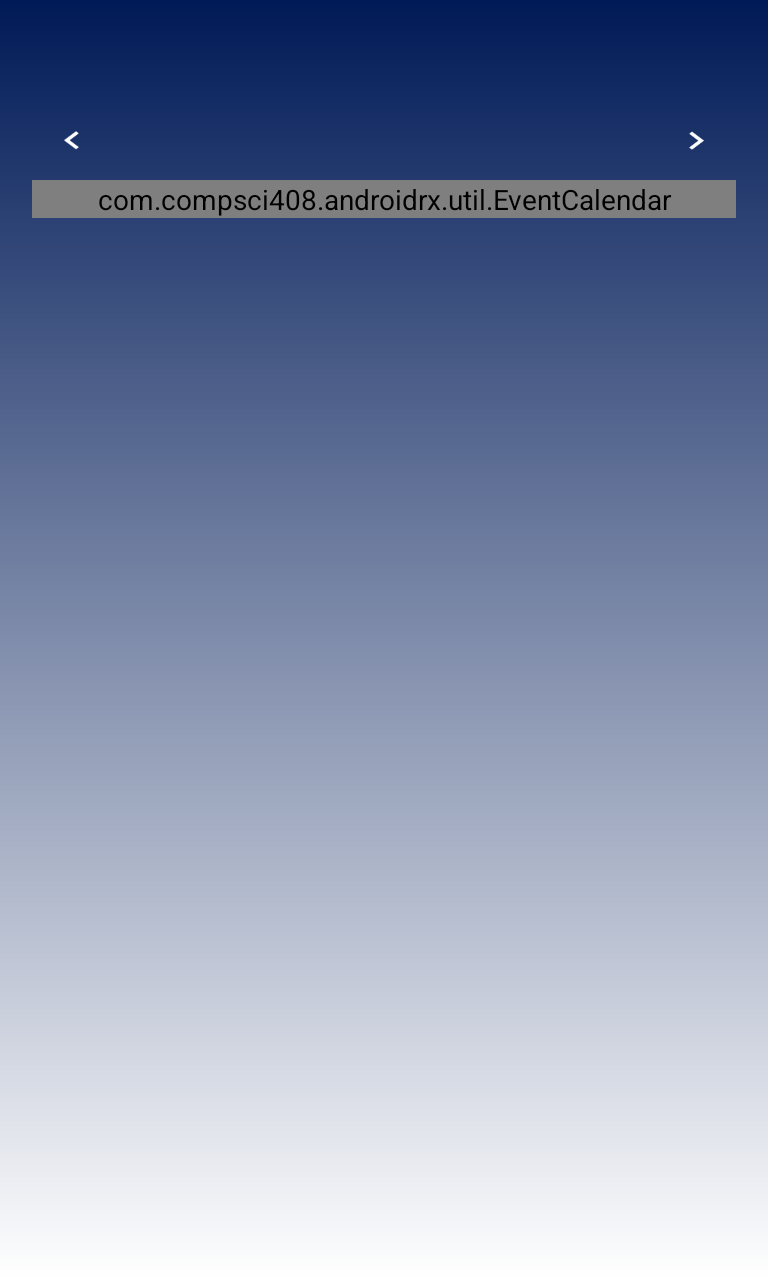
Repository: duke-compsci408-fall2014/GlassRx
Layout: AndroidRx/res/layout/activity_provider_medication.xml
The author's editor kept a copy of each file at every save. The layout is drawn from the files as they stood at one save, then again after the next save.
Pictures or frames that could not be fetched are drawn as grey boxes. It is drawn on a 768 x 1280 px phone screen (xhdpi) without system bars, with theme AppTheme; the app's code is not run. The app's manifest (not shown) leaves right-to-left support off. So textAlignment, textDirection and layoutDirection are ignored, and left and right values win over start and end ones.

Above is the layout before, as saved 2014-12-08 02:16:54.

### AndroidRx/res/layout/activity_provider_medication.xml
<RelativeLayout xmlns:android="http://schemas.android.com/apk/res/android"
    xmlns:tools="http://schemas.android.com/tools"
    android:layout_width="match_parent"
    android:layout_height="match_parent"
    android:paddingBottom="@dimen/activity_vertical_margin"
    android:paddingLeft="@dimen/activity_horizontal_margin"
    android:paddingRight="@dimen/activity_horizontal_margin"
    android:paddingTop="@dimen/activity_vertical_margin"
    tools:context="com.compsci408.androidrx.provider.ProviderMedicationActivity"
    android:orientation="vertical" >

    <TextView
        android:id="@+id/textview_med_name"
        android:layout_width="wrap_content"
        android:layout_height="wrap_content"
        android:layout_alignParentLeft="true"
        android:layout_alignParentStart="true"
        android:textColor="@color/white"
        android:textAppearance="?android:attr/textAppearanceLarge"
        android:layout_marginBottom="10dp" />

    <TextView
        android:id="@+id/textview_calendar_header"
        android:layout_width="wrap_content"
        android:layout_height="wrap_content"
        android:layout_centerHorizontal="true"
        android:layout_below="@+id/textview_med_name"
        android:textColor="@color/white"
        android:textAppearance="?android:attr/textAppearanceMedium"
        android:layout_marginBottom="10dp" />

    <RelativeLayout
        android:id="@+id/layout_previous_month"
        android:layout_width="40dip"
        android:layout_height="30dip"
        android:layout_alignParentLeft="true"
        android:layout_alignParentStart="true"
        android:layout_below="@+id/textview_med_name" >

        <ImageView
            android:layout_width="wrap_content"
            android:layout_height="wrap_content"
            android:layout_centerInParent="true"
            android:contentDescription="@null"
            android:background="@drawable/ic_arrow_left" />
    </RelativeLayout>

<!--     <TextView
        android:id="@+id/title"
        android:layout_width="wrap_content"
        android:layout_height="wrap_content"
        android:layout_centerHorizontal="true"
        android:layout_marginTop="5dip"
        android:textColor="@color/white"
        android:textSize="18sp"
        android:textStyle="bold" /> -->

    <RelativeLayout
        android:id="@+id/layout_next_month"
        android:layout_width="40dip"
        android:layout_height="30dip"
        android:layout_alignParentRight="true"
        android:layout_alignParentEnd="true"
        android:layout_below="@+id/textview_med_name" >

        <ImageView
            android:layout_width="wrap_content"
            android:layout_height="wrap_content"
            android:layout_centerInParent="true"
            android:contentDescription="@null"
            android:background="@drawable/ic_arrow_right" />
    </RelativeLayout>

    <com.compsci408.androidrx.util.EventCalendar
        android:id="@+id/gridview_calendar"
        android:layout_below="@+id/textview_calendar_header"
        android:layout_width="fill_parent"
        android:layout_height="wrap_content"
        android:layout_gravity="center_horizontal"
        android:listSelector="@android:color/transparent"
        android:numColumns="7"
        android:stretchMode="columnWidth" />

    <LinearLayout
        android:id="@+id/layout_day_events"
        android:layout_below="@+id/gridview_calendar"
        android:layout_width="match_parent"
        android:layout_marginLeft="5dp"
        android:layout_marginRight="5dp"
        android:layout_height="wrap_content"
        android:orientation="vertical">
    </LinearLayout>



</RelativeLayout>

### AndroidRx/res/drawable/gradient_background.xml
<?xml version="1.0" encoding="utf-8"?>
<shape xmlns:android="http://schemas.android.com/apk/res/android" >
    <gradient
            android:angle="90"
            android:endColor="@color/duke_blue"
            android:startColor="@color/white"
            android:type="linear" >
     </gradient>
</shape>

### AndroidRx/res/drawable/custom_listview.xml
<?xml version="1.0" encoding="utf-8"?>
<shape xmlns:android="http://schemas.android.com/apk/res/android" >

    <solid android:color="@color/light_gray"/>
    <stroke android:color="@color/dark_gray" android:width="2dp" />
    <corners
     	android:bottomRightRadius="2dp"
     	android:bottomLeftRadius="2dp"
  		android:topLeftRadius="2dp"
  		android:topRightRadius="2dp"/>
</shape>

### AndroidRx/res/values/colors.xml
<?xml version="1.0" encoding="utf-8"?>
<resources>

    <item name="black" type="color">#FF000000</item>
    <item name="white" type="color">#FFFFFFFF</item>
    <item name="duke_blue" type="color">#FF001A57</item>
    <item name="dark_gray" type="color">#FF666666</item>
    <item name="light_gray" type="color">#FFE5E5E5</item>
    <item name="red" type="color">#FFFF0000</item>

    <integer-array name="colors">
        <item>@color/black</item>
        <item>@color/white</item>
        <item>@color/duke_blue</item>
        <item>@color/dark_gray</item>
        <item>@color/light_gray</item>
        <item>@color/red</item>
    </integer-array>

</resources>

### AndroidRx/res/drawable/custom_spinner.xml
<?xml version="1.0" encoding="UTF-8"?>
<shape xmlns:android="http://schemas.android.com/apk/res/android" >
    <solid android:color="@color/white" />
    <stroke
        android:width="1dp"
        android:color="@color/dark_gray" />
</shape>

### AndroidRx/res/drawable/custom_edittext.xml
<?xml version="1.0" encoding="utf-8"?>
<shape xmlns:android="http://schemas.android.com/apk/res/android" >

    <solid android:color="@color/white"/>
    <stroke android:color="@color/dark_gray" android:width="2dp" />
    <corners
     	android:bottomRightRadius="2dp"
     	android:bottomLeftRadius="2dp"
  		android:topLeftRadius="2dp"
  		android:topRightRadius="2dp"/>
</shape>

### AndroidRx/res/drawable/custom_button.xml
<?xml version="1.0" encoding="utf-8"?>
<selector xmlns:android="http://schemas.android.com/apk/res/android" >
    <item android:state_selected="true" android:drawable="@drawable/custom_button_selected"/>
    <item android:state_pressed="true" android:drawable="@drawable/custom_button_pressed"/>
    <item android:drawable="@drawable/custom_button_default"/>
</selector>

### AndroidRx/res/drawable/custom_button_selected.xml
<?xml version="1.0" encoding="utf-8"?>
<shape xmlns:android="http://schemas.android.com/apk/res/android" >

    <solid android:color="#FF333333"/>
    <corners android:radius="2dp" />

</shape>

### AndroidRx/res/drawable/custom_button_pressed.xml
<?xml version="1.0" encoding="utf-8"?>
<shape xmlns:android="http://schemas.android.com/apk/res/android" >

    <solid android:color="#66666666"/>
    <corners android:radius="2dp" />

</shape>

### AndroidRx/res/drawable/custom_button_default.xml
<?xml version="1.0" encoding="utf-8"?>
<shape xmlns:android="http://schemas.android.com/apk/res/android" >

    <solid android:color="@color/dark_gray"/>
    <corners android:radius="2dp"/>

</shape>

Loaded but not shown: AndroidRx/res/values/styles.xml (common file); AndroidRx/res/values-v11/styles.xml (common file); AndroidRx/res/values-v14/styles.xml (common file); AndroidRx/res/values/dimens.xml (common file); AndroidRx/res/values-w820dp/dimens.xml (common file)

After the next save:
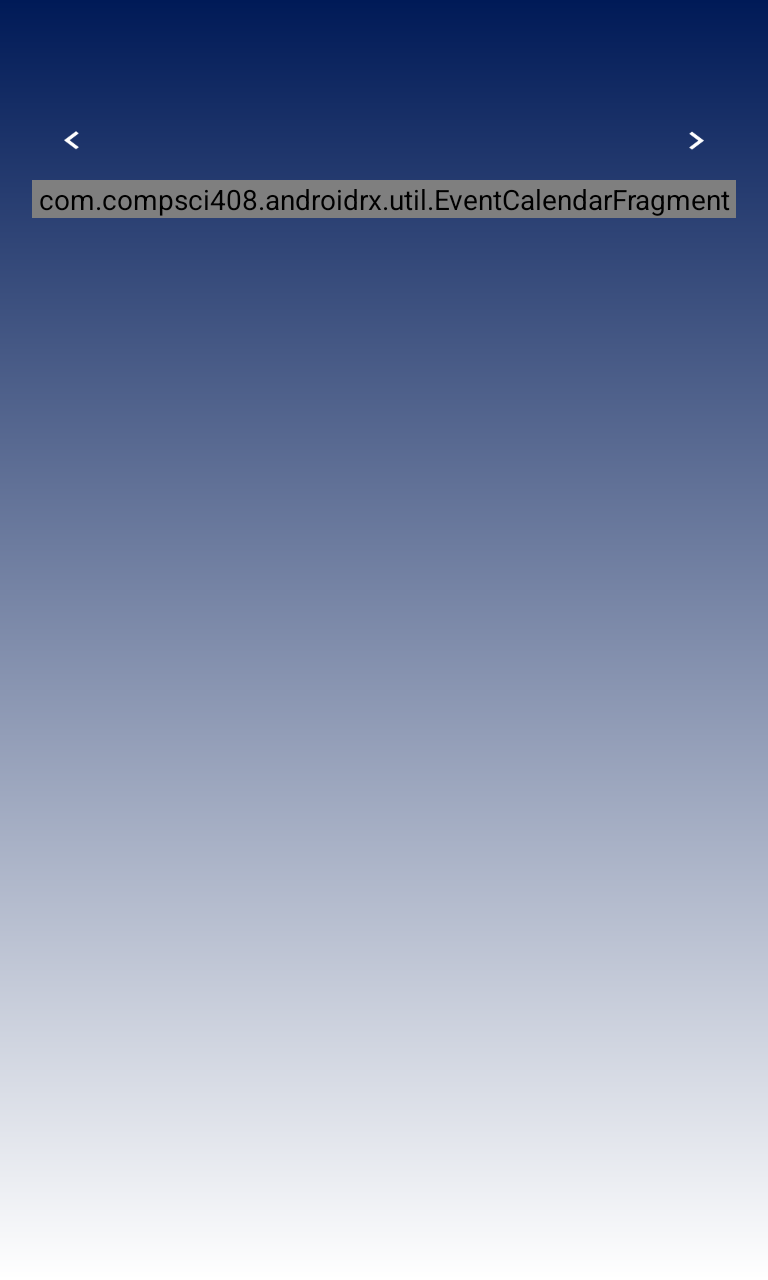
Saved 20 h 14 min later.
--- a/AndroidRx/res/layout/activity_provider_medication.xml
+++ b/AndroidRx/res/layout/activity_provider_medication.xml
@@ -71,7 +71,7 @@
             android:background="@drawable/ic_arrow_right" />
     </RelativeLayout>
 
-    <com.compsci408.androidrx.util.EventCalendar
+    <com.compsci408.androidrx.util.EventCalendarFragment
         android:id="@+id/gridview_calendar"
         android:layout_below="@+id/textview_calendar_header"
         android:layout_width="fill_parent"
